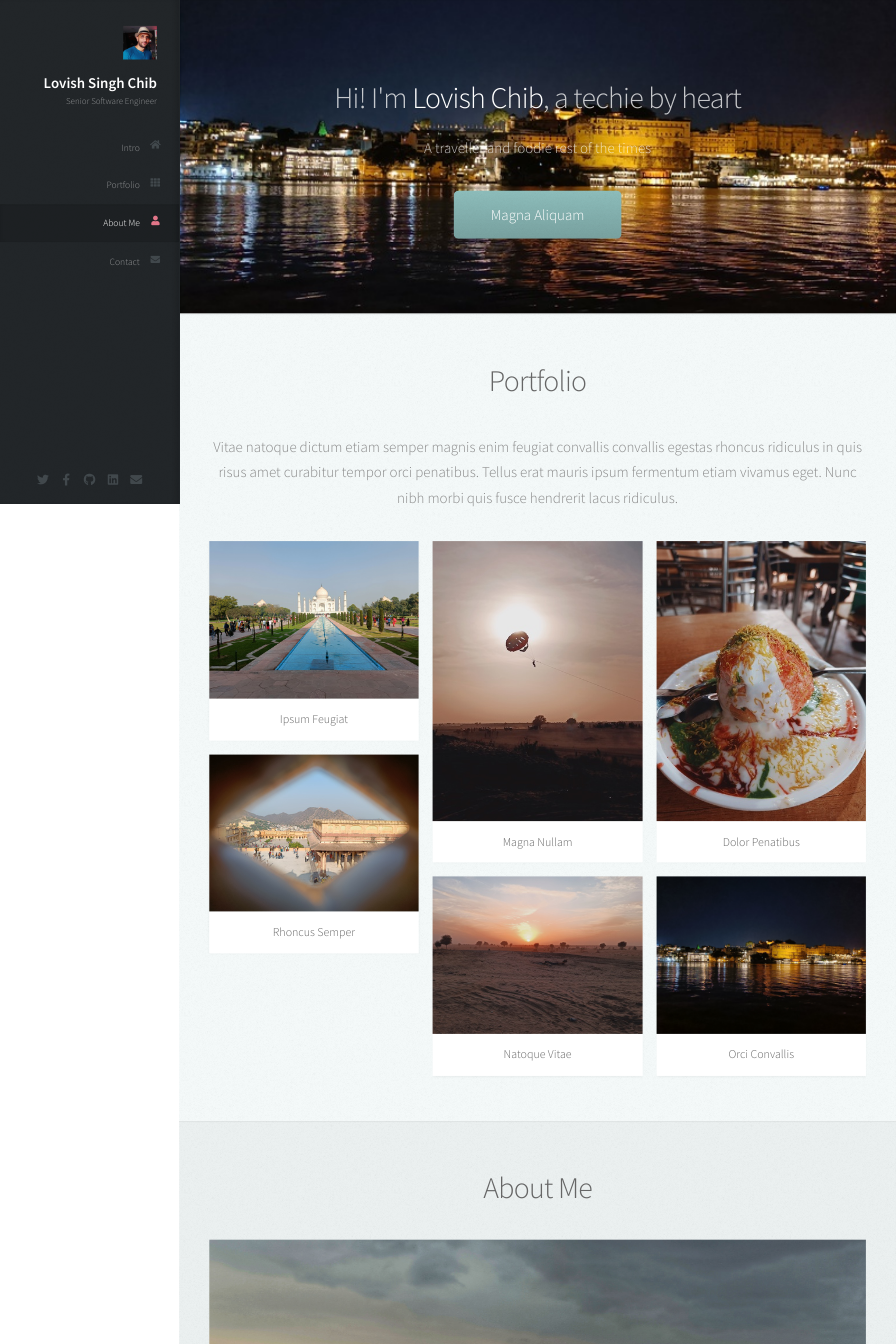
Repository: lovishchib/lovishchib.github.io
Page: index.html
The author's editor kept a copy of each file at every save. The page is drawn from the files as they stood at one save, then again after the next save.
The browser window is 1280 px wide. The pictures show the part of the page from y = 0 to 1920 px (the page is 3508 px tall before and 3572 px after), at 70% of full size.

Above is the page before, as saved 2022-02-11 20:47:31.

After the next save:
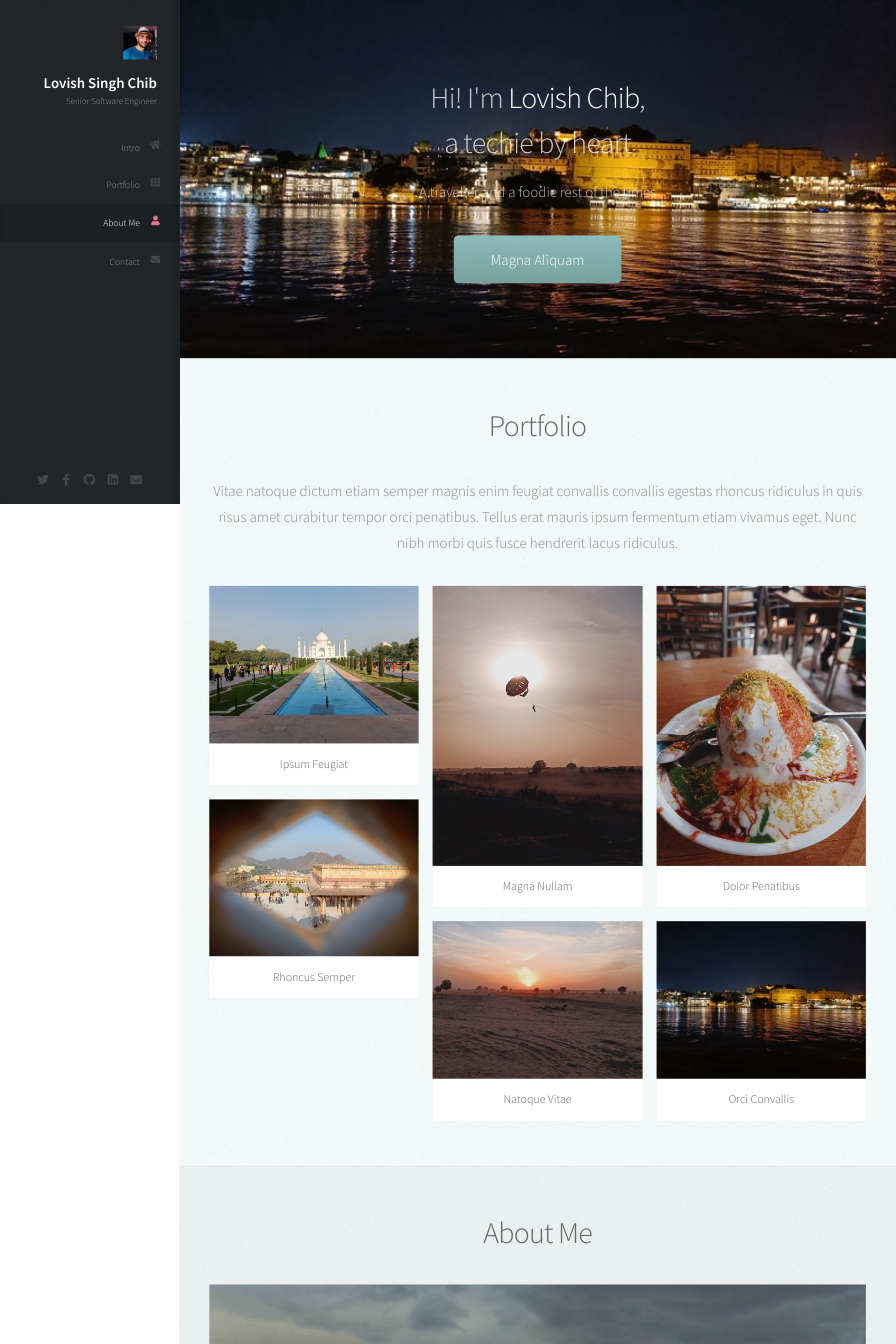
Saved 72 s later.
--- a/index.html
+++ b/index.html
@@ -60,9 +60,9 @@
 						<div class="container">
 
 							<header>
-								<h2 class="alt">Hi! I'm <strong>Lovish Chib</strong>, a techie
+								<h2 class="alt">Hi! I'm <strong>Lovish Chib</strong>,<br/> a techie
 								by heart</h2>
-								<p>A traveller and foodie rest of the times</p>
+								<p>A traveller and a foodie rest of the times</p>
 							</header>
 
 							<footer>
